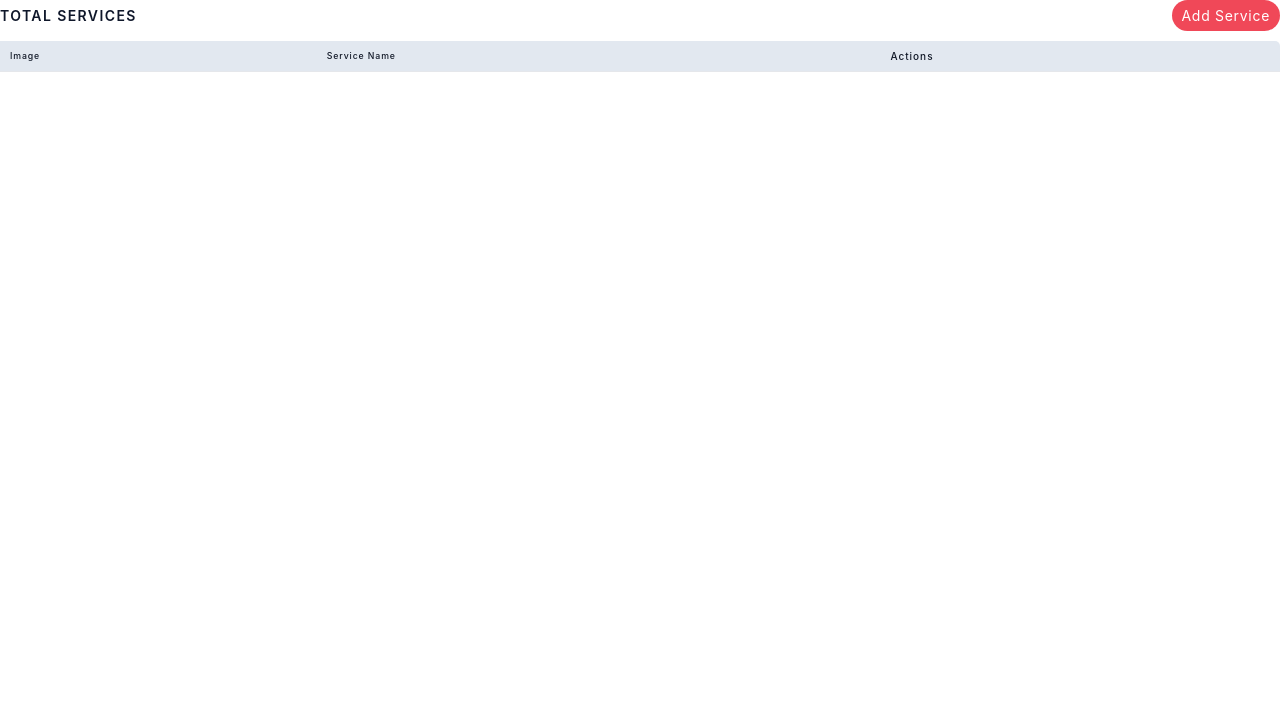
Repository: rohit0915/Mr-Arun-Chauhan-Admin-Panel
Page: /periodicService
An editor plug-in stored every save of this project. The page is shown before and after a run of saves, followed by the edit.
The browser window is 1280 px wide. The pictures show the whole page.
The page's requests for data from a server got no answer. The project was rebuilt for these pictures with package versions that can differ from the ones it lists, and the page was loaded fresh each time. No one was signed in, and anything a server would have sent is missing. Also part of the build but not shown: src/components/BaseUrl.jsx, src/components/forms/Login.jsx, src/components/pages/Dashboard.jsx, src/vendorPanel/components/Auth.jsx, src/components/pages/products/Products.jsx, src/components/pages/categories/Categories.jsx, src/components/pages/subcategories/SubCategories.jsx, src/components/pages/manageprofiles/ManageProfiles.jsx and 75 more.

Above is the page before, as saved 2022-11-16 13:06:14.

### public/index.html
<!DOCTYPE html>
<html lang="en">
  <head>
    <meta charset="utf-8" />
    <!-- <link rel="icon" href="%PUBLIC_URL%/favicon.png" /> -->
    <meta name="viewport" content="width=device-width, initial-scale=1" />
    <meta name="theme-color" content="#000000" />
    <meta
      name="description"
      content="Web site created using create-react-app"
    />
    <link rel="apple-touch-icon" href="%PUBLIC_URL%/favicon.ico?v=2" />

    <link rel="manifest" crossorigin="use-credentials" href="%PUBLIC_URL%/manifest.json" />

    <title>Direct Admin</title>
      <link rel="stylesheet" href="https://maxcdn.bootstrapcdn.com/bootstrap/3.4.1/css/bootstrap.min.css">
      <script src="https://ajax.googleapis.com/ajax/libs/jquery/3.6.0/jquery.min.js"></script>
      <script src="https://maxcdn.bootstrapcdn.com/bootstrap/3.4.1/js/bootstrap.min.js"></script>
  </head>
  <body>
    <noscript>You need to enable JavaScript to run this app.</noscript>
    <div id="root"></div>
    <script src="https://code.jquery.com/jquery-3.6.0.min.js"></script>
  </body>
</html>

### src/index.css
@tailwind base;
@tailwind components;
@tailwind utilities;

body {
  margin: 0;
  font-family: -apple-system, BlinkMacSystemFont, "Segoe UI", "Roboto", "Oxygen",
    "Ubuntu", "Cantarell", "Fira Sans", "Droid Sans", "Helvetica Neue",
    sans-serif;
  -webkit-font-smoothing: antialiased;
  -moz-osx-font-smoothing: grayscale;
}

code {
  font-family: source-code-pro, Menlo, Monaco, Consolas, "Courier New",
    monospace;
}

/* Wcomponents */
.wcomp::-webkit-scrollbar {
  width: 0px;
}
::-webkit-scrollbar {
  width: 0px;
}


.main-card--container{
  display : grid ;
  grid-template-columns: repeat(3 , minmax(300px , 500px));
  grid-gap: 50px;
  justify-content: space-around;
}
.main-card--container2{
  display : grid ;
  grid-template-columns: repeat(2 , minmax(600px , 800px));
  grid-gap: 50px;
  justify-content: space-around;
}
.card-container{
  margin : 25px 0 auto ;
  position  : relative ;
  display: grid;
  grid-template-columns: 1fr;
  justify-content: space-around;
  align-items:flex-start;
  border: 1px solid black;
  padding: 10px;
  box-shadow: 0 4px 8px 0 rgba(0, 0, 0, 0.2), 0 6px 20px 0 rgba(0, 0, 0, 0.19);
  /* height: 400px; */


}

.BannerImg{
 width: 100%;
 height: 300px;

}

.brandLeft {
  width:  60%;
  /* border-right: 1px solid black; */
}

### src/components/pages/Periodic/Periodic.js
/** @format */

import React, { useEffect, useState } from "react";
import HOC from "../../layout/HOC";
import axios from "axios";
import { toast } from "react-toastify";
import { AiOutlineClose } from "react-icons/ai";
import Box from "@mui/material/Box";
import Button from "@mui/material/Button";
import Modal from "@mui/material/Modal";
import InputLabel from "@mui/material/InputLabel";
import MenuItem from "@mui/material/MenuItem";
import FormControl from "@mui/material/FormControl";
import Select from "@mui/material/Select";

const style = {
  position: "absolute",
  top: "50%",
  left: "50%",
  transform: "translate(-50%, -50%)",
  width: 400,
  bgcolor: "background.paper",
  boxShadow: 24,
  minHeight: 400,
  p: 2,
  border: "1px solid #ccc",
  boxShadow: 50,
};

const Periodic = () => {
    const [open, setOpen] = React.useState(false);
    const handleOpen = () => setOpen(true);
    const handleClose = () => setOpen(false);
    const [data, setData] = useState([]);
    const [service, setService] = useState([]);

    //All Services
    const fetchUsers = async () => {
      try {
        const { data } = await axios.get(
          "https://pitzone-backend.herokuapp.com/api/service"
        );
        setData(data);
      } catch (err) {
        console.log("err", err);
      }
    };
    useEffect(() => {
      fetchUsers();
      serviceType();
    }, [axios, setData]);

    //Delete Service
    const deleteService = async (id) => {
      try {
        const data = await axios.delete(
          `  https://pitzone-backend.herokuapp.com/api/service/${id}`
        );
        toast.success("Service Deleted SuccessFully");
        fetchUsers();
      } catch (err) {
        console.log(err);
        toast.error("Please try again");
      }
    };

    // Add Service
    const [serviceName, setS] = useState("");
    const [serviceTypeId, setSID] = useState("");
    const [myField, setF] = useState("");
    const addService = async (e) => {
      e.preventDefault();
      let fd = new FormData();
      fd.append("serviceName", serviceName);
      fd.append("serviceTypeId", serviceTypeId);
      fd.append("myField", myField);
      try {
        const data = await axios.post(
          "  https://pitzone-backend.herokuapp.com/api/service",
          fd
        );
        toast.success("Service added successfully");
        handleClose();
        fetchUsers();
      } catch (err) {
        console.log(err);
      }
    };

    //Edit Service
    const [Id, setID] = useState("");
    const [edit, setEdit] = useState(false);

    const editService = async (e) => {
      e.preventDefault();
      let fd = new FormData();
      fd.append("serviceName", serviceName);
      fd.append("serviceTypeId", serviceTypeId);
      fd.append("myField", myField);
      try {
        const { data } = await axios.put(
          `  https://pitzone-backend.herokuapp.com/api/service/${Id}`,
          fd
        );
        toast.success("service Edited Successfully");
        handleClose();
        fetchUsers();
      } catch (err) {
        console.log(err);
        toast.error("Please try again");
      }
    };

    //All service Type
    const serviceType = async () => {
      try {
        const { data } = await axios.get(
          " https://pitzone-backend.herokuapp.com/api/service-type"
        );
        setService(data);
      } catch (err) {
        console.log(err);
      }
    };

    return (
      <>
        <section>
          <div className="pb-4 sticky top-0  w-full flex justify-between items-center bg-white ">
            <span className="tracking-widest text-slate-900 font-semibold uppercase ">
              Total Services
            </span>
            <button
              onClick={() => {
                setEdit(false);
                handleOpen();
              }}
              className="md:py-2 px-3 md:px-4 py-1 rounded-full bg-[rgb(240,72,88)] text-white tracking-wider"
            >
              Add Service
            </button>
          </div>

          {/* Modal  */}
          <Modal
            open={open}
            onClose={handleClose}
            aria-labelledby="modal-modal-title"
            aria-describedby="modal-modal-description"
          >
            <Box sx={style}>
              <div style={{ display: "flex", justifyContent: "space-between" }}>
                <h2 style={{ fontSize: "1.8rem", fontWeight: "600" }}>
                  {" "}
                  {edit ? "Edit Service" : "Add Service"}
                </h2>
                <AiOutlineClose
                  style={{ float: "right", cursor: "pointer" }}
                  onClick={() => handleClose()}
                  className="text-4xl"
                />
              </div>

              <form className="mt-14" onSubmit={edit ? editService : addService}>
                <label>Image</label>
                <input
                  required
                  type={"file"}
                  onChange={(e) => setF(e.target.files[0])}
                />
                <br />
                <label>Service Name</label>
                <input
                  required
                  type={"text"}
                  style={{
                    color: "black",
                    border: "none",
                    outline: " none",
                    borderBottom: "1px solid black",
                    marginLeft: "10px",
                  }}
                  onChange={(e) => setS(e.target.value)}
                />
                <br />
                <FormControl sx={{ m: 1, minWidth : 100 }}>
                  <InputLabel id="demo-simple-select-autowidth-label">
                    Select Service
                  </InputLabel>
                  <Select
                    labelId="demo-simple-select-autowidth-label"
                    id="demo-simple-select-autowidth"
                    autoWidth
                    label="Select Service Type"
                    onChange={(e) => setSID(e.target.value)}
                  >
                    {service?.data?.map((i, index) => (
                      <MenuItem
                        value={i._id}
                        key={index}
                        style={{ fontSize: "1.4rem", fontWeight: "600" }}
                      >
                        {i.serviceTypeName}
                      </MenuItem>
                    ))}
                  </Select>
                </FormControl>
                <br /> <br />
                <Button
                  variant="outlined"
                  color="success"
                  type="submit"
                  style={{ width: "80%", fontSize: "1.2rem" }}
                >
                  {edit ? "Edit Service" : "Add New Service"}
                </Button>
              </form>
            </Box>
          </Modal>

          <div className=" wcomp overflow-y-auto">
            <table className="table-auto  w-full text-left whitespace-no-wrap">
              <thead>
                <tr className=" border-b bg-slate-200 shadow-xl text-gray-900">
                  <th className="px-4 py-3 title-font tracking-widest font-medium md:textP-base text-sm">
                    Image
                  </th>
                  <th className="px-4 py-3 title-font tracking-widest font-medium md:textP-base text-sm">
                    Service Name
                  </th>
                  <th className="px-4 py-3 title-font tracking-widest rounded-tr-lg font-medium md:text-base text-sm">
                    Actions
                  </th>
                </tr>
              </thead>

              <tbody>
                {data?.data?.map((e, i) => {
                  return (
                    <tr key={i} className="tracking-wider text-gray-900 ">
                      <td className=" px-4 py-3  space-x-3 ">
                        <img
                          alt="Services"
                          src={
                            e.serviceImg.url
                              ? e.serviceImg.url
                              : "https://static7.depositphotos.com/1003098/699/i/600/depositphotos_6993693-stock-photo-happy-young-girl-using-cell.jpg"
                          }
                          style={{ width: "80px" }}
                          className="img-fluid thumbnail rounded"
                        />
                      </td>
                      <td className=" px-4 py-3  space-x-3 ">{e.serviceName}</td>

                      <td
                        className="px-4 py-3  space-x-3"
                        style={{ display: "flex" }}
                      >
                        <Button
                          variant="outlined"
                          color="error"
                          onClick={() => deleteService(e._id)}
                        >
                          Delete
                        </Button>
                        <Button
                          variant="outlined"
                          color="info"
                          onClick={() => {
                            setID(e._id);
                            setEdit(true);
                            handleOpen();
                          }}
                        >
                          Update
                        </Button>
                      </td>
                    </tr>
                  );
                })}
              </tbody>
            </table>
          </div>
        </section>
      </>
    );
  };
export default Periodic

### src/components/layout/HOC.jsx
/** @format */

import React, { useState } from "react";
import Navbar from "./Navbar";
import Sidebar from "./Sidebar";

const HOC = (Wcomponenet) => {
  return function Component() {
    const [hamb, setHamb] = useState(false);
    return (
      <>
        <section className="flex overflow-x-hidden">
          {/* Sidebar */}
          <div
            className={
              hamb
                ? " absolute top-0 z-30 md:w-auto shadow-md bg-slate-200  w-60 transition-all md:-left-full left duration-150  h-auto  left-0 "
                : " md:w-72 z-30 bg-slate-200  shadow-md  md:static absolute top-0 -left-full  h-auto transition-all duration-150 "
            }
          >
            <Sidebar hamb={hamb} setHamb={setHamb} />
          </div>
          {/* Components & Navbar */}
          <div
            className={
              hamb
                ? " transition-all px-4 py-2  bg-white duration-150 w-full h-screen"
                : " w-full h-screen  px-4 py-2  bg-white z-50 transition-all duration-150 "
            }
          >
            <Navbar hamb={hamb} setHamb={setHamb} />
            <div className="my-6 text-white h-[87%] wcomp overflow-y-auto">
              <Wcomponenet />
            </div>
          </div>
        </section>
      </>
    );
  };
};

export default HOC;

### src/components/layout/Navbar.jsx
import { RiMenu4Line } from "react-icons/ri";
import { BiLogOutCircle } from "react-icons/bi";
import { useNavigate } from "react-router-dom";
import { toast } from "react-toastify";
import { Fragment } from "react";
import { Menu, Transition } from "@headlessui/react";
import { FiSettings } from "react-icons/fi";
import { IoMdClose } from "react-icons/io";
import { useState } from "react";

const Navbar = ({ hamb, setHamb }) => {
  const navigate = useNavigate();
  const [popup, setPopup] = useState(false);

  const func = () => {
    localStorage.removeItem("Shaft");
    navigate("/");
    toast.success("Log-Out ");
  };

  function classNames(...classes) {
    return classes.filter(Boolean).join(" ");
  }

  const adminName = localStorage.getItem("adminName");
  return (
    <>
      <section
        className={
          popup
            ? "fixed top-0 left-0 wcomp bg-[rgb(0,0,0,0.5)] transition-all duration-150 w-full flex justify-center items-center overflow-y-auto  h-screen "
            : "hidden"
        }
      >
        <div className="bg-slate-100 sm:h-[40vh] h-[10vh] overflow-y-auto  lg:w-3/6  md:w-4/6 w-5/6 mx-auto  rounded-lg">
          <div className="flex sticky top-0 py-3 px-5 bg-slate-100 justify-between">
            <span className=" font-semibold text-[rgb(241,146,46)] relative">
              Settings
            </span>
            <div className="text-[rgb(241,146,46)] py-0.5 text-2xl cursor-pointer font-medium tracking-wider">
              <IoMdClose
                onClick={() => {
                  setPopup(false);
                }}
              />{" "}
            </div>
          </div>

          <form
            className="grid  grid-cols-1 gap-x-7 gap-y-4 p-4"
            // onSubmit={addBanner}
          >
            <div className="inline-flex  w-full flex-col">
              <label
                htmlFor="name"
                className="text-gray-800 mb-1.5 tracking-wider font-semibold text-sm"
              >
                Name
              </label>
              <input
                id="name"
                required
                type="text"
                name="name"
                // value={name}
                // onChange={(e) => setName(e.target.value)}
                placeholder=""
                className=" text-gray-800 tracking-wider text-sm rounded-full py-1 px-2 outline-[rgb(241,146,46)]"
              />
            </div>
            <div className="inline-flex  w-full flex-col">
              <label
                htmlFor="name"
                className="text-gray-800 mb-1.5 tracking-wider font-semibold text-sm"
              >
                Password
              </label>
               <input
                id="name"
                required
                type="password"
                name="name"
                placeholder=""
                // onChange={(e) => setImage(e.target.files[0])}
                // onChange={() => {}}
                className=" text-gray-800 tracking-wider text-sm rounded-full py-1 px-2 outline-[rgb(241,146,46)]"
              />
            </div>

            <button
              type="submit"
              value="Add"
              className="bg-[rgb(241,146,46)] cursor-pointer w-40 hover:bg-[rgb(241,146,46)] py-1 rounded-full"
            >
              Add{" "}
            </button>
          </form>
        </div>
      </section>
      <div
        className={
          hamb
            ? "flex  w-full justify-between  my-1 rounded-sm  p-4 py-3 shadow-md items-center  bg-slate-200 space-x-4"
            : "flex  w-full justify-between my-1 rounded-sm  p-4 py-3 shadow-md items-center  bg-slate-200 space-x-4"
        }
      >
        <RiMenu4Line
          onClick={() => setHamb(!hamb)}
          className="text-2xl font-bold text-gray-900 hover:scale-90 cursor-pointer"
        />

        {/* Profile */}
        <section className="flex sm:ml-auto justify-end sm:w-full items-center space-x-2  pr-2">
          <figcaption className="tracking-wider pl-1 font-semibold">
            <div className="lg:text-base text-sm text-gray-900  uppercase">
              Welcome,<strong>{adminName}</strong>
            </div>
          </figcaption>
        </section>

        {/* Logout Btn */}
        <FiSettings
          onClick={() => setPopup(!popup)}
          className="text-2xl sm:text-3xl font-bold text-[rgb(241,146,46)] cursor-pointer"
        />
      </div>
    </>
  );
};

export default Navbar;

Loaded but not shown: tailwind.config.js (common file); src/App.js (212 lines, source omitted); src/index.js (15 lines, source omitted); src/components/layout/Sidebar.jsx (252 lines, source omitted)

After the next 2 saves:
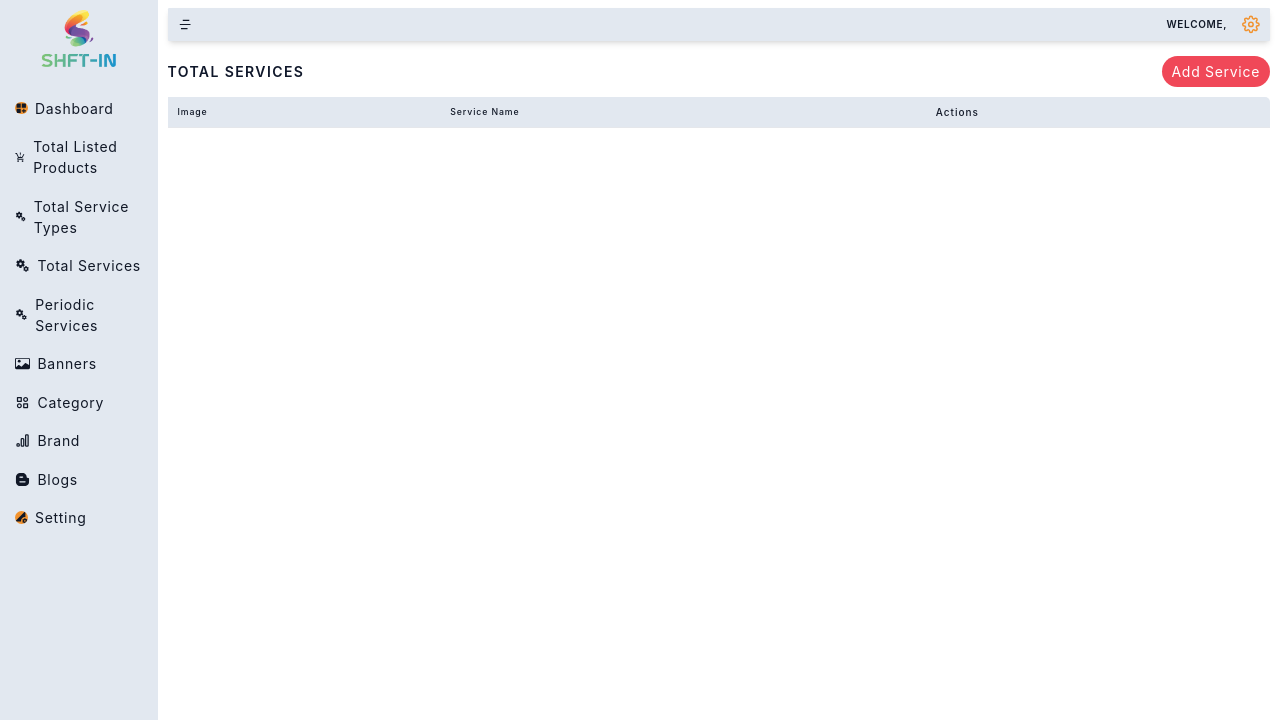
The 2 saves are shown as one change because they came seconds apart.
The last was saved 20 s later.
--- a/src/components/pages/Periodic/Periodic.js
+++ b/src/components/pages/Periodic/Periodic.js
@@ -285,4 +285,4 @@ const Periodic = () => {
       </>
     );
   };
-export default Periodic
+export default HOC(Periodic)
